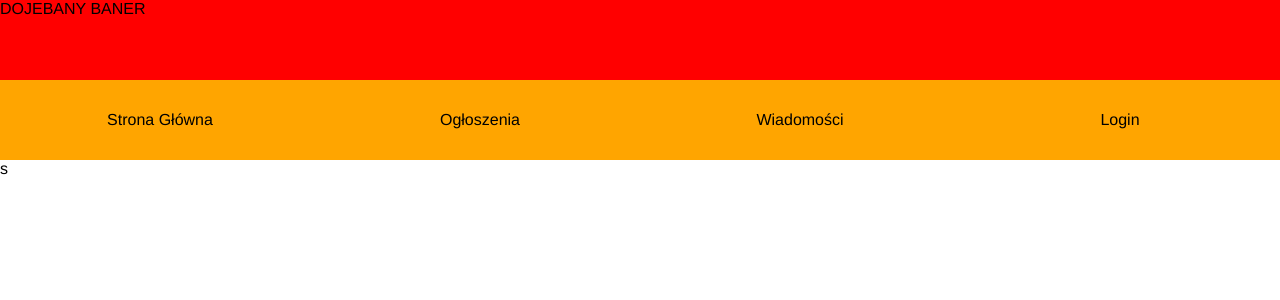
Repository: PatrykStawik/projectppz
Page: /
The author's editor kept a copy of each file at every save. The page is drawn from the files as they stood at one save, then again after the next save.
The browser window is 1280 px wide. The pictures show the whole page.
The project was rebuilt for these pictures with package versions that can differ from the ones it lists, and the page was loaded fresh each time. The framework's server and built-in components were replaced by stand-ins that run in the browser.

Above is the page before, as saved 2021-05-21 22:01:41.

After the next save:
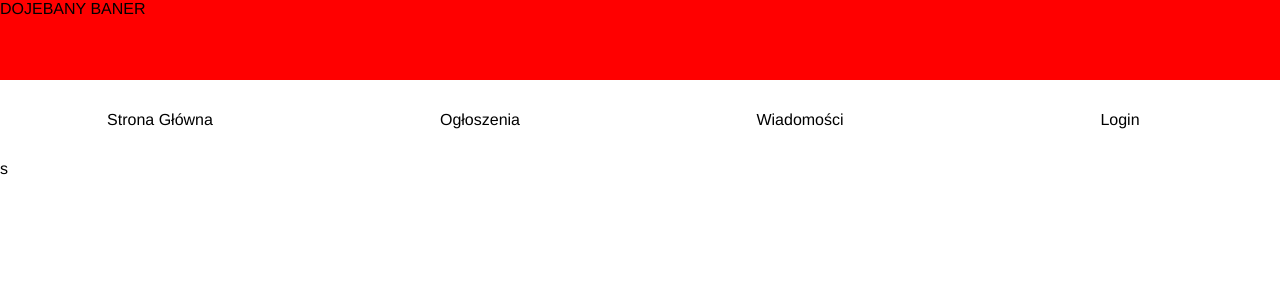
Saved 46 min 37 s later.
--- a/components/Header/Header.tsx
+++ b/components/Header/Header.tsx
@@ -16,7 +16,7 @@ const Wrapper = styled.header`
       flex: 1;
       height: 100%;
       ${centerText(80)};
-      background-color: ${colors.orange};
+      background-color: ${colors.white};
     }
   }
 `;
